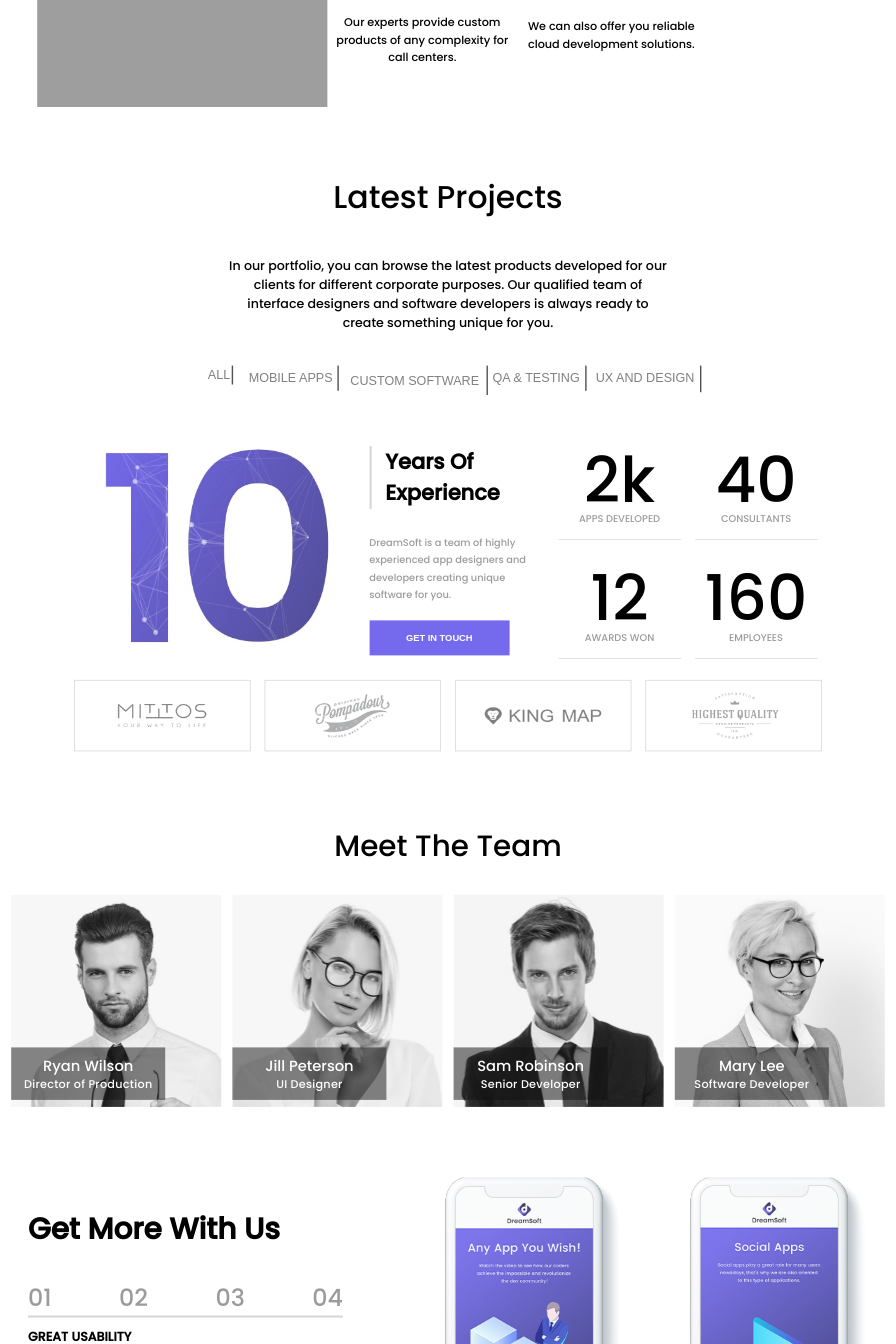
Repository: kkyler24/ladders-bootcamp-awesome
Page: index.html
These files come from the project's save history. The page is drawn as it stood at one moment and after the next save; the edit follows.
The browser window is 1280 px wide. The pictures show the part of the page from y = 1185 to 3105 px (the page is 6192 px tall before and 6205 px after), at 70% of full size.
Pictures or frames that could not be fetched are drawn as grey boxes.

Above is the page before, as saved 2021-03-20 10:44:24.

### index.html
<!DOCTYPE html>
<html lang="en">
  <head>
    <meta charset="UTF-8" />
    <meta name="viewport" content="width=device-width, initial-scale=1.0" />
    <link rel="stylesheet" href="style.css" />
    <link rel="stylesheet" href="kstyle.css" />
    <link rel="preconnect" href="https://fonts.gstatic.com">
    <link href="https://fonts.googleapis.com/css2?family=Poppins:wght@500&display=swap" rel="stylesheet">
    <title>Demo</title>
  </head>
  <body>
    <header></header>
    <nav class="container-nav">
      <a class="logopic">
        <img src="./img/jumbotron/logo-default-191x52.png" alt="MCLA LOGO"   height="63.99" width="220">
      </a>
      <div class="nav-link">
      <ul>
        <li class=" list-inline">
          <a href="./index.html">Home</a>
        </li>
        <li class="nav-item active list-inline">
          <a href="./index.html">About Us</a>
        </li>
        <li class="nav-item active list-inline">
          <a href="./index.html">Gallery</a>
        </li>
        <li class="nav-item active list-inline">
          <a href="./index.html">Pricing</a>
        </li>
        <li class="nav-item active list-inline">
          <a href="./index.html">Blog</a>
        </li>
      </ul>
    </div>
      <!-- <button></button> -->

    </nav>
    <!-- jumbotron 3 slides -->
    <div id="jumbotron" class="carousel">
      <!-- <ul class ="carousel-indicators">
          <li data-target="#carouselExampleCaptions" data-slide-to="0" class="active"></li>
          <li data-target="#carouselExampleCaptions" data-slide-to="1"></li>
          <li data-target="#carouselExampleCaptions" data-slide-to="2"></li>
          <li data-target="#carouselExampleCaptions" data-slide-to="3"></li>
      </ul> -->
      <div class="container-jumbo">
          <div class="carousel-item">
              <img id="jumboimgOne"src="./img/jumbotron/jess-bailey-q10VITrVYUM-unsplash.jpg"  alt="..." />
              <div class="jumboheadline">
                <h2 class="jumbotext">Mobile App Development</h2><br>
                  <div id="indext">
                    <p class="jumboPara"> Since our establishment, we have delivering high-quality and sutainable <br> software solutions for corporate purpose of worldwide business.</p>
                  </div>

              </div>
          </div>
          <!-- <div class="carousel-item">
              <img src="Assets/diversity2gether.jpg" class="d-block w-100" alt="..." />
              <div class="carousel-caption d-none d-md-block">
                  <h5>We Celebrate diversity</h5>
              </div>
          </div>
          <div class="carousel-item">
              <img src="Assets/womensrights.jpg" class="d-block w-100" alt="..." />
              <div class="carousel-caption d-none d-md-block">
                  <h5> We charise our choices</h5>
              </div>
          </div>
          <div class="carousel-item">
              <img src="Assets/climate.jpg" class="d-block w-100" alt="..." />
              <div class="carousel-caption d-none d-md-block">
                  <h5> We protect whats ours</h5>
              </div> -->
          </div>
      </div>
  </div>
  <!-- <a class="carousel-control-prev" href="#carouselExampleCaptions" role="button" data-slide="prev">
      <span class="carousel-control-prev-icon" aria-hidden="true"></span>
      <span class="sr-only">Previous</span>
  </a>
  <a class="carousel-control-next" href="#carouselExampleCaptions" role="button" data-slide="next">
      <span class="carousel-control-next-icon" aria-hidden="true"></span>
      <span class="sr-only">Next</span>
  </a> -->
</div>

    </section>

    <section class="all-service-section">
      <!-- see all services -->
          <div class="all-services-img">
            <img src="https://ld-wt73.template-help.com/wt_prod-18959/images/index-1-415x592.jpg" alt="" width="415" height="592">
          </div>

          <div class="all-services-container">

              <div class="corporate-solutions-block">
                <h3 class="all-services-h3">See All Services</h3>
                <button class="all-services-button">All Services</button>
              </div>
              <div class="corporate-solutions-block">
                <img src="./img/icon-phone.PNG" alt="">
                <h4 class="services-title-h4">CORPORATE SOLUTIONS</h4>
                <p class="corporate-solutions-text">Need specific software for your company? We are ready to develop it!</p>
              </div>
              <div class="corporate-solutions-block">
                <img src="./img/icon-headset.PNG" alt="">
                <h4 class="services-title-h4">CALL CENTER SOLUTIONS</h4>
                <p class="corporate-solutions-text">Our experts provide custom products of any complexity for call centers.</p>
              </div>
              <div class="corporate-solutions-block">
                <img src="./img/icon-cloud-box.PNG" alt="">
                <h4 class="services-title-h4">CLOUD DEVELOPMENT</h4>
                <p class="corporate-solutions-text">We can also offer you reliable cloud development solutions.</p>
              </div>

          </div>
    </section>

    <section id="sectThree" class="container-fluid">
      <!-- latest Projects -->
      <div class="latestPro">
        <h1 id="latestPro"> Latest Projects</h1>
        <p id="latestPara">In our portfolio, you can browse the latest products developed for our clients for different corporate purposes. Our qualified team of interface designers and software developers is always ready to create something unique for you.</p>
        <div id="latestRow">
         <div class="latestButtons"><button>All</button></div>
         <div class="latestButtons"><button>Mobile Apps</button></div>
         <div class="latestButtons"><button>custom Software</button></div>
         <div class="latestButtons"><button>QA & Testing</button></div>
         <div class="latestButtons"><button>UX and Design</button></div>
        </div>

      </div>
    </section>

    <section class="achievements-section">
      <!-- achievements -->
      <figure>
      <img src="./img/10.jpg" alt="Animated number ten" height="300" />
      </figure>
      <div class="years-of-experience-container">
        <h1>Years Of Experience</h1>
        <p>
          DreamSoft is a team of highly experienced app designers and developers
          creating unique software for you.
        </p>
        <button class="get-in-touch-button">Get in touch</button>
      </div>
      <div class="achievements-numbers-container">
        <div class="achievements-numbers-block">
          <h2>2k</h2>
          <p>APPS DEVELOPED</p>
        </div>
        <div class="achievements-numbers-block">
          <h2>40</h2>
          <p>CONSULTANTS</p>
        </div>
        <div class="achievements-numbers-block">
          <h2>12</h2>
          <p>AWARDS WON</p>
        </div>
        <div class="achievements-numbers-block">
          <h2>160</h2>
          <p>EMPLOYEES</p>
        </div>
      </div>
      <div class="logo-links-container">
        <figure>
          <img src="./img/clients-9-270x117.png" alt="Mittos Logo" >
        </figure>
        <figure>
          <img src="./img/clients-10-270x117.png" alt="Pompadour Logo" >
        </figure>
        <figure>
          <img src="./img/clients-3-270x117.png" alt="King Map Logo" >
        </figure>
        <figure>
          <img src="./img/clients-11-270x117.png" alt="Highest Quality Logo" >
        </figure>
      </div>
    </section>

    <section class="meet-the-team-section">
      <!-- meet the team -->
      <h2 class="meet-the-team-h2">Meet The Team</h2>

      <div class="meet-the-team-main-container">

          <div class="meet-team-block">
            <img src="./img/ryan-wilson.jpg" alt="">

            <div class="meet-team-text-block">
              <h4 class="meet-the-team-h4">Ryan Wilson</h4>
              <p class="meet-the-team-p">Director of Production</p>
            </div>
          </div>
          <div class="meet-team-block">
            <img src="./img/jill-peterson.jpg" alt="">

            <div class='meet-team-text-block'>
              <h4 class="meet-the-team-h4">Jill Peterson</h4>
              <p class="meet-the-team-p">UI Designer</p>
            </div>
          </div>
          <div class="meet-team-block">
            <img src="./img/sam-robinson.jpg" alt="">

            <div class='meet-team-text-block'>
              <h4 class="meet-the-team-h4">Sam Robinson</h4>
              <p class="meet-the-team-p">Senior Developer</p>
            </div>
          </div>
          <div class="meet-team-block">
            <img src="./img/mary-lee.jpg" alt="">

            <div class='meet-team-text-block'>
              <h4 class="meet-the-team-h4">Mary Lee</h4>
              <p class="meet-the-team-p">Software Developer</p>
            </div>
          </div>

      </div>
    </section>

    <section class="get-more-with-us-section">
      <!-- Get more with us -->
      <section class="get-more-with-us">
        <h1>Get More With Us</h1>
        <div class="numbers">
          <p>01</p>
          <p>02</p>
          <p>03</p>
          <p>04</p>
        </div>
        <h2>GREAT USABILITY</h2>
        <p class="get-more-about-project">
          All our apps are designed to have great usability in
          order to easily operate our applications.
          That is why our software has high ratings and lots of awards.
        </p>
        <button class="get-in-touch-button">Get in touch</button>
        <button class="download-presentation-button">Download presentation</button>
      </section>
      <img src="img/index-4-261x484.png" alt="Screen with Any App You Wish">
      <img src="img/index-5-261x484.png" alt="Screen with Socia Apps">
    </section>

    <section class="what-people-say-section">
      <!-- What People Say -->
      <h2 class="what-people-say-h2">What People Say</h2>

      <div class="what-people-say-main-container">

        <div class="client-container">
          <img src="./img/catherine-wilson.jpg" alt="">
          <div class="client-title">
            <h4 class="client-name-h4">Catherine Williams</h4>
            <p>Regular client</p>
          </div>
          <div class="client-body">
            <p class="client-body-p">DreamSoft offers a high caliber of resources skilled
            in Microsoft Azure .NET, mobile and Quality Assurance. They
            became our true business partners over the past three years.</p>
          </div>
        </div>
        <div class="client-container">
          <img src="./img/rupert-woods.jpg" alt="">
          <div class="client-title">
            <h4 class="client-name-h4">Rupert Wood</h4>
            <p>Regular client</p>
          </div>
          <div class="client-body">
            <p class="client-body-p">DreamSoft powered us with a competent team to develop
            products for banking services. The team has been delivering
            results within budget and time, which is amazing.</p>
          </div>
        </div>
        <div class="client-container">
          <img src="./img/samantha-brown.jpg" alt="">
          <div class="client-title">
            <h4 class="client-name-h4">Samantha Brown</h4>
            <p>Regular client</p>
          </div>
          <div class="client-body">
            <p class="client-body-p">DreamSoft is a highly skilled and uniquely capable
            firm with multitudes of talent on-board. We have
            results within budget and time, which is amazing.
            collaborated on a number of diverse projects that
            have been a great success.</p>
          </div>
        </div>

      </div>

    </section>

    <section class="latest-blog-posts-section">
      <h2 class="what-people-say-h2">Latest Blog Posts</h2>
      <div class="posts-container">
        <div class="post-block">
          <figure>
          <img class="post-cover" src="img/post-10-370x307.jpg">
          <img class="post-date-label" src="img/label.svg">
          <p class="post-label-date">07/04</p>
          </figure>
          <h4 class="block-post-h4">Benefits Of Async/Await</h4>
            <p class="blog-post-p">
            Asynchronous functions are a good and bad thing in JavaScript.
            The good side is that asynchronous functions are non-blocking and…
            </p>
        </div>
        <div class="post-block">
          <figure>
          <img class="post-cover" src="img/post-11-370x307.jpg">
          <img class="post-date-label" src="img/label.svg">
          <p class="post-label-date">07/17</p>
          </figure>
          <h4 class="block-post-h4">Key Considerations Of IPaaS</h4>
            <p class="blog-post-p">
              Digital transformation requires cloud appropriate adoption,
              legacy IT systems modernization, and Agile-based methodologies for faster…
            </p>
        </div>
        <div class="post-block">
          <figure>
          <img class="post-cover" src="img/post-12-370x307.jpg">
          <img class="post-date-label" src="img/label.svg">
          <p class="post-label-date">07/22</p>
          </figure>
          <h4 class="block-post-h4">Hibernate Query Language</h4>
            <p class="blog-post-p">
              In this tutorial, we will discuss the
              Hibernate Query Language. HQL is an object-oriented query language.
              Hibernate Query...
            </p>
        </div>
      </div>
    </section>

    <footer>
      <!-- contacts and info -->
      <section class="footer-contacts">
        <img src="img/logo-inverse-191x52.png" alt="DreamSoft Logo">
        <p class="about-company">
          Our company has been developing high-quality and reliable software
          for corporate needs since 2008. We are renowned professionals of
          software development.</p>
        <div class="address-block-container">
          <div class="one-contact-block">
            <h2>ADDRESS</h2>
            <p>4730 Crystal Springs Dr, Los Angeles, CA 90027</p>
          </div>
          <div class="one-contact-block">
            <h2>PHONES</h2>
            <p>
              <span class="changing-color">+1 323-913-4688</span>
              <span>,</span>
              <span class="changing-color">+1 323-888-4554</span>
            </p>
          </div>
          <div class="one-contact-block">
            <h2>E-MAILS</h2>
            <p>
              <span>info@demolink.org</span>
              <span>,</span>
              <span>mail@demolink.org</span>
            </p>
          </div>
          <div class="social-media-links-container">
            <img src="img/iconfinder_Circled_Facebook.svg" alt="Facebook Icon">
            <img src="img/iconfinder_Circled_Instagram.svg" alt="Facebook Icon">
            <img src="img/iconfinder_Circled_Linkedin.svg" alt="Facebook Icon">
            <img src="img/iconfinder_Circled_Twitter.svg" alt="Facebook Icon">
          </div>
        </div>
      </section>
      <form class="contact-form">
        <h1>Questions? Contact Us</h1>
        <input class="input-field-1" type="text" id="name" name="name" placeholder="Name"><br>
        <input class="input-field-1" type="text" id="email" name="email" placeholder="Email"><br>
        <input class="input-field-2" type="text" id="message" name="message" placeholder="Message"><br>
        <button class="send-message-button">Send message</button>
      </form>
      <section class="what-we-offer">
        <h1>What We Offer</h1>
        <div class="what-we-offer-container">
            <figure class="what-we-offer-item">
              <p>DB Management</p>
              <figure class="triangle"></figure>
            </figure>
            <figure class="what-we-offer-item">
              <p>IOS/MacOS</p>
              <figure class="triangle"></figure>
            </figure>
            <figure class="what-we-offer-item">
              <p>Android Apps</p>
              <figure class="triangle"></figure>
            </figure>
            <figure class="what-we-offer-item">
              <p>Windows Apps</p>
              <figure class="triangle"></figure>
            </figure>
            <figure class="what-we-offer-item">
              <p>UX/UI Apps</p>
              <figure class="triangle"></figure>
          </figure>
        </div>
        </section>
      </footer>
  </body>
</html>

### kstyle.css
html, body{
  overflow-x: hidden;


}

/* Navbar git  */
.container-nav {
  display: flex;
}

.list-inline {
  display: inline;
  list-style-type: none;
  padding-right: 10px;
  font-family: Georgia, "Times New Roman", Times, serif;
}

a.logopic {
  flex-flow: row;
  flex-grow: 3;
}

ul.li.a {
  font-family: "Poppins", sans-serif;
  font-weight: 500;
  color: black;
}

/* Jumbotron */
.jumboPara {
  text-align: center;
}

.jumbotron .container-jumbo {
  max-width: 100%;
  background-color: #222;
}

#jumbotron {
  padding: 30px 0px 30px 0px;
  max-width: 100%;
  text-align: center;
  background-color: transparent;
  overflow: hidden;
  font-family: "Raleway", Helvetica, Arial, sans-serif;
}

.container-jumbo {
  display: flex;
  width: 100%;
  margin: 0 auto;
  height: 561px;
}

.jumbotext {
  color: rgb(2, 2, 2);
  font-weight: 600;
  text-transform: uppercase;
  font-size: 60px;
}

.jumboheadline {
  display: flex;
  flex-direction: column;
  height: 506px;
  justify-content: flex-end;
}

#jumboimgOne {
  z-index: 0;
  position: absolute;
  display: flex;
  width: 100%;
  overflow-x: hidden;
}

.carousel-item {
  width: 100%;
}

.carousel-item,
.jumbotext,
#indext {
  position: relative;
  z-index: 2;
}

/* latest Section */

#sectThree{
  display: flex;
  font-family: "Poppins", sans-serif;
  text-align: center;
  width: 100%;
}

#latestPara{
 font-size: 18px;
 margin: auto 25% auto 25%;
 padding-top: 3%;
 max-width: ;
}

#latestPro{
  font-size: 45px;
  font-weight: lighter;
  margin-top: 3%;
  margin-bottom: 1%;
}

#latestRow{
display: flex;
justify-content: center;
margin-top: 3%;
margin-bottom: 3%;


}
#latestRow button{
  color: gray;
  font-weight: 200px;
  padding: 5%;
  margin: 10px;
 font-size: 18px;
 background-color: transparent;
 border-right-width: 2px;
 border-color: rgb(162, 164, 165);
 border-left: none;
 border-top: none;
 border-bottom: none;
 width: max-content;
 text-transform: uppercase;


}

Loaded but not shown: style.css (628 lines, source omitted)

After the next save:
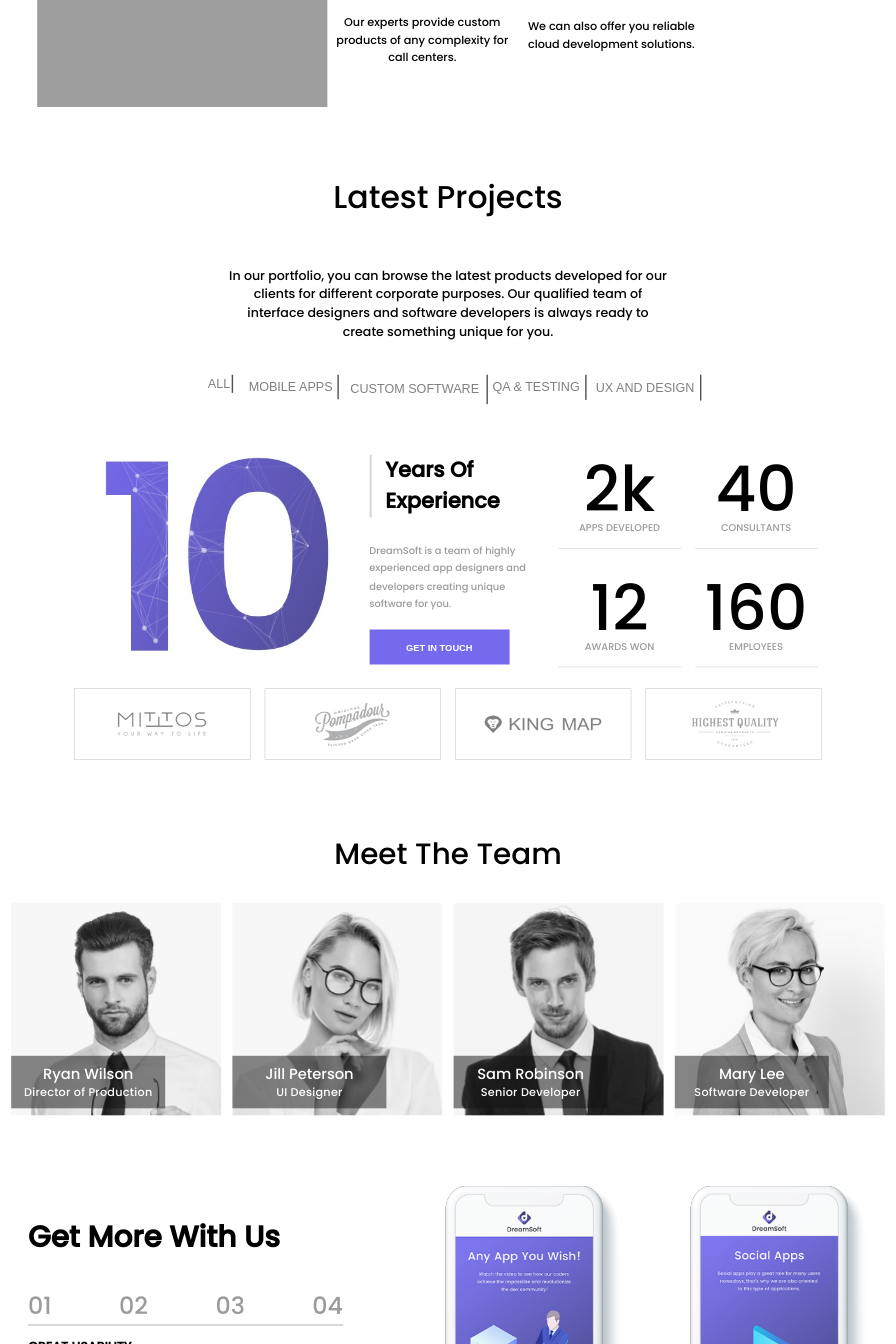
Saved 15 s later.
--- a/kstyle.css
+++ b/kstyle.css
@@ -106,7 +106,7 @@
   font-size: 45px;
   font-weight: lighter;
   margin-top: 3%;
-  margin-bottom: 1%;
+  margin-bottom: 2%;
 }
 
 #latestRow{

After the save that followed:
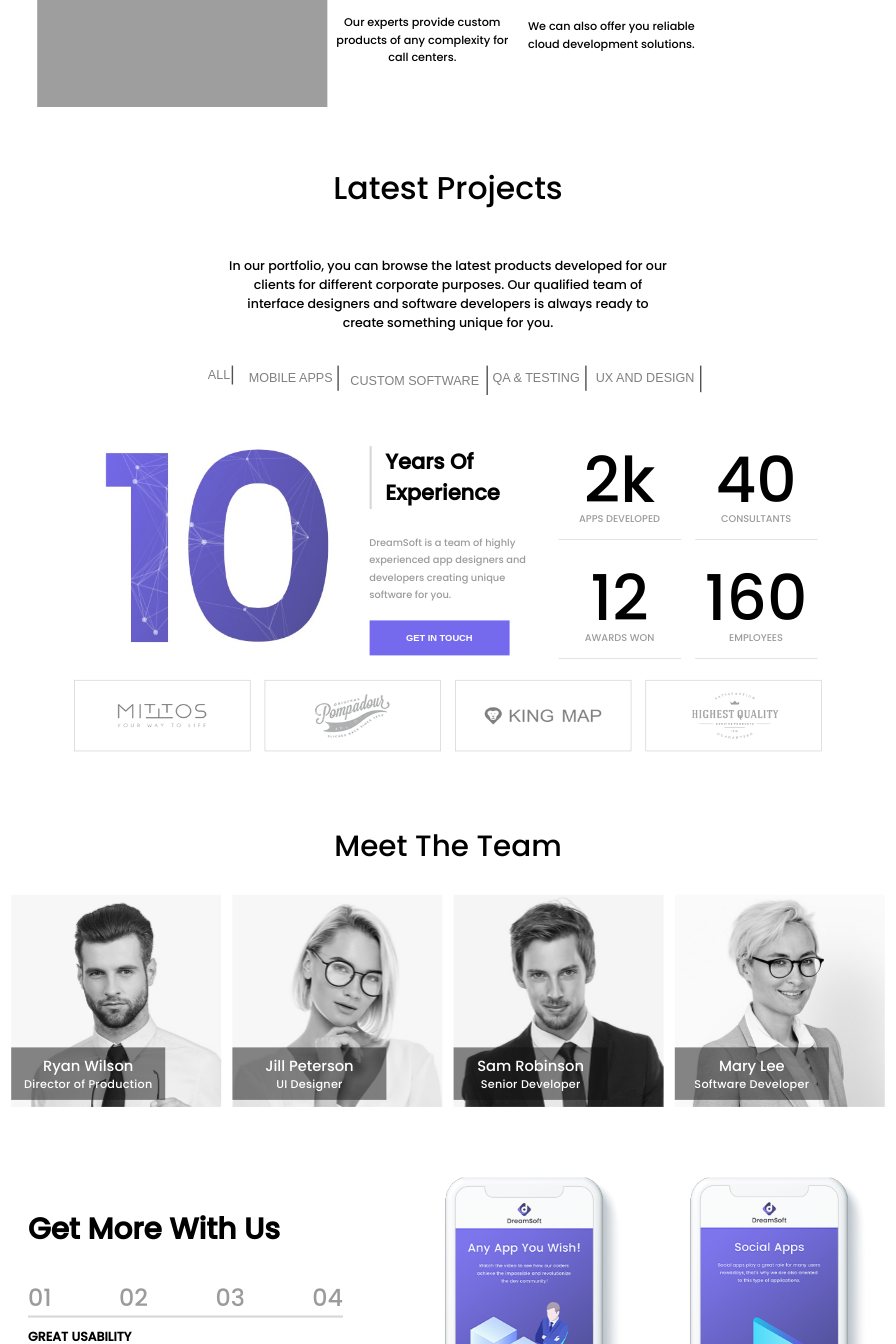
Saved 8 s later.
--- a/kstyle.css
+++ b/kstyle.css
@@ -105,7 +105,7 @@
 #latestPro{
   font-size: 45px;
   font-weight: lighter;
-  margin-top: 3%;
+  margin-top: 2%;
   margin-bottom: 2%;
 }
 
